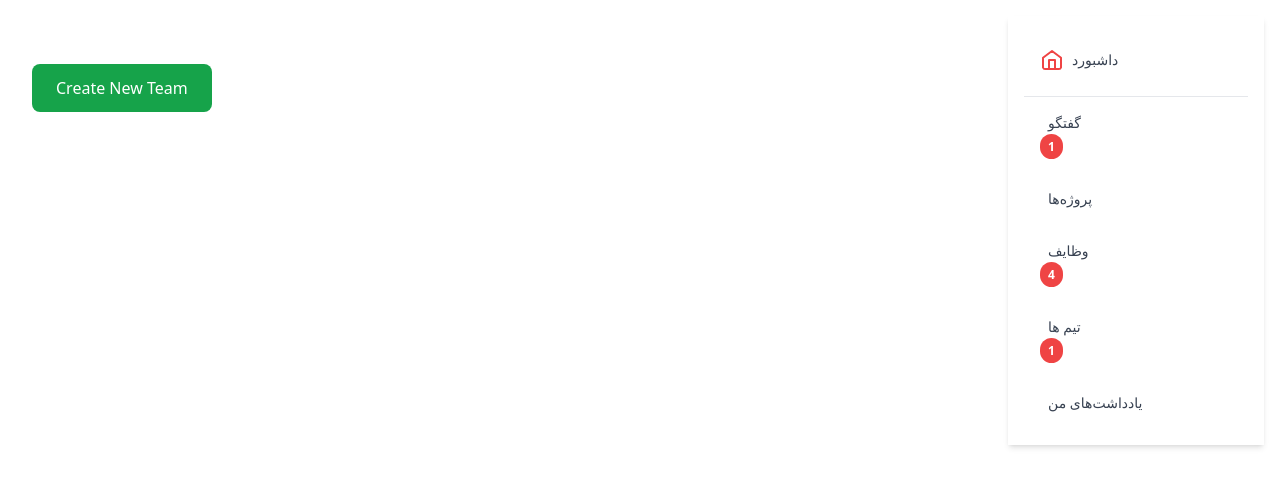
Repository: spnovaa/work-hive
Page: /teams (app in front_end/)
These files come from the project's save history. The page is drawn as it stood at one moment and after a run of saves; the edit follows.
The browser window is 1280 px wide. The pictures show the whole page.
The page's requests for data from a server got no answer. The project was rebuilt for these pictures with package versions that can differ from the ones it lists, and the page was loaded fresh each time. No one was signed in, and anything a server would have sent is missing. Also part of the build but not shown: front_end/src/api/auth.js, front_end/src/components/loadingSpinner.jsx, front_end/src/pages/login.jsx, front_end/src/pages/registration.jsx, front_end/src/components/profile/profileSettingsModal.jsx, front_end/src/components/profile/dropdown.jsx, front_end/src/components/profile/profileSection.jsx, front_end/src/pages/home.jsx and 9 more.

Above is the page before, as saved 2025-01-18 10:33:36.

After the next 2 saves:
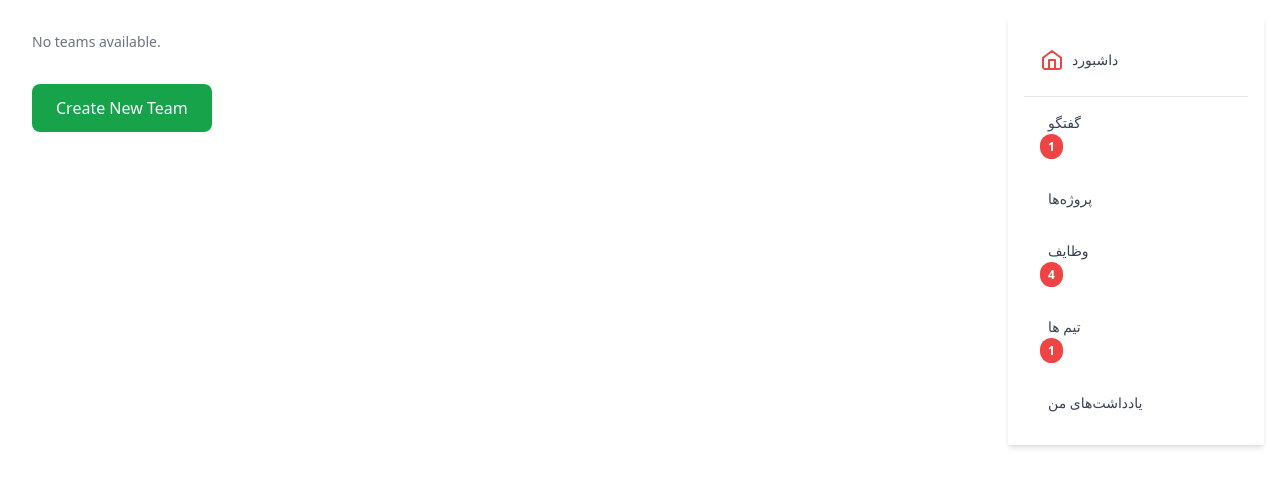
The 2 saves are shown as one change because 1 did not build or start.
The last was saved 7 min 35 s later.
--- a/front_end/src/components/team/teamList.jsx
+++ b/front_end/src/components/team/teamList.jsx
@@ -43,21 +43,23 @@ const TeamList = () => {
   return (
     <div className="container mx-auto p-4">
       <div className="space-y-4">
-        {teams.map((team) => (
-          <div
-            key={team?.id} // Use optional chaining to handle null/undefined
-            className="p-4 border rounded-lg shadow-md bg-white cursor-pointer space-y-2"
-            onClick={() => team?.team && handleTeamClick(team.team)} // Check if team.team exists before handling click
-          >
-            {/* Team Name */}
-            <p className="text-xl font-bold">{team?.team?.name || "No Team Name Available"}</p>
+      {Array.isArray(teams) && teams.length > 0 ? (
+  teams.map((team) => (
+    <div
+      key={team?.id}
+      className="p-4 border rounded-lg shadow-md bg-white cursor-pointer space-y-2"
+      onClick={() => team?.team && handleTeamClick(team.team)}
+    >
+      <p className="text-xl font-bold">{team?.team?.name || "No Team Name Available"}</p>
+      <p className="text-sm text-gray-500">
+        {Array.isArray(team?.team?.users) ? team.team.users.length : 0} Members
+      </p>
+    </div>
+  ))
+) : (
+  <p className="text-gray-500 text-sm">No teams available.</p>
+)}
 
-            {/* Members Count */}
-            <p className="text-sm text-gray-500">
-              {Array.isArray(team?.team?.users) ? team.team.users.length : 0} Members
-            </p>
-          </div>
-        ))}
 
 
       </div>
